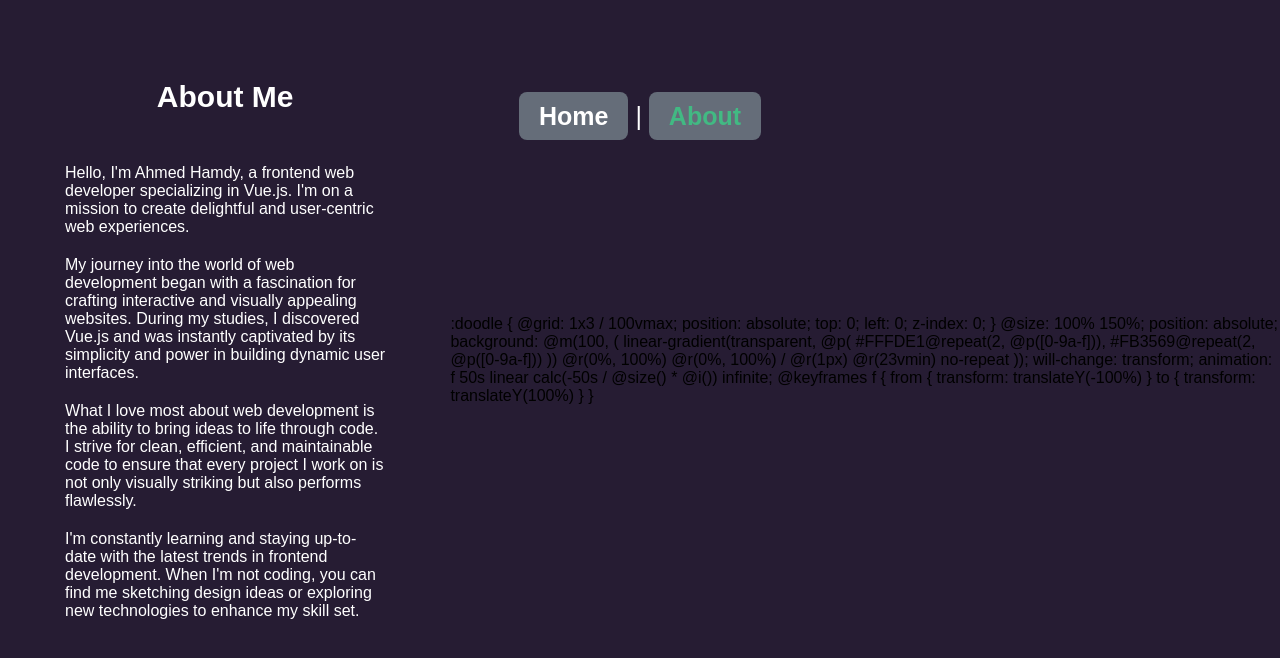
Repository: ahamdy997/portfolio
Page: /about
These files come from the project's save history. The page is drawn as it stood at one moment and after the next save; the edit follows.
The browser window is 1280 px wide. The pictures show the whole page.
The project was rebuilt for these pictures with package versions that can differ from the ones it lists, and the page was loaded fresh each time. Also part of the build but not shown: vue.config.js, src/components/HelloWorld.vue, src/views/HomeView.vue.

Above is the page before, as saved 2023-11-05 00:26:09.

After the next save:
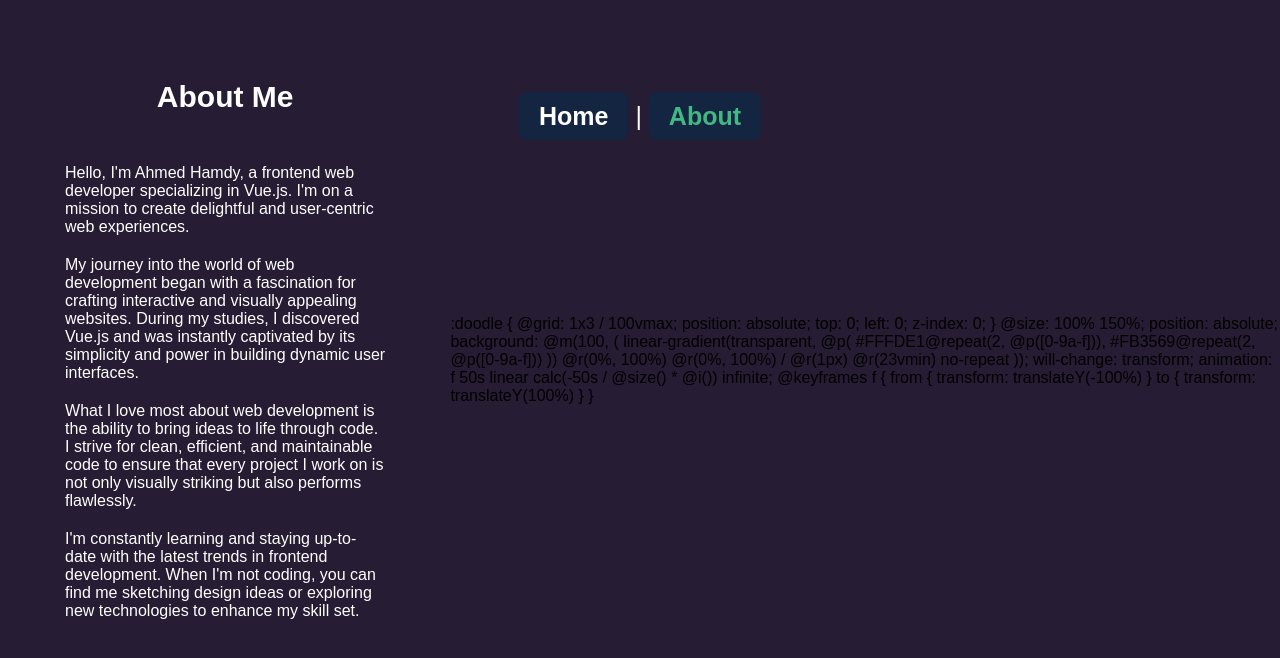
Saved 10 s later.
--- a/src/App.vue
+++ b/src/App.vue
@@ -31,7 +31,7 @@ nav a {
   color: #fff;
   text-decoration: none;
   border-radius: 8px;
-  background-color: rgb(101, 109, 121);
+  background-color: rgb(19, 37, 64);
   padding: 10px 20px;
 }
 a:hover {
